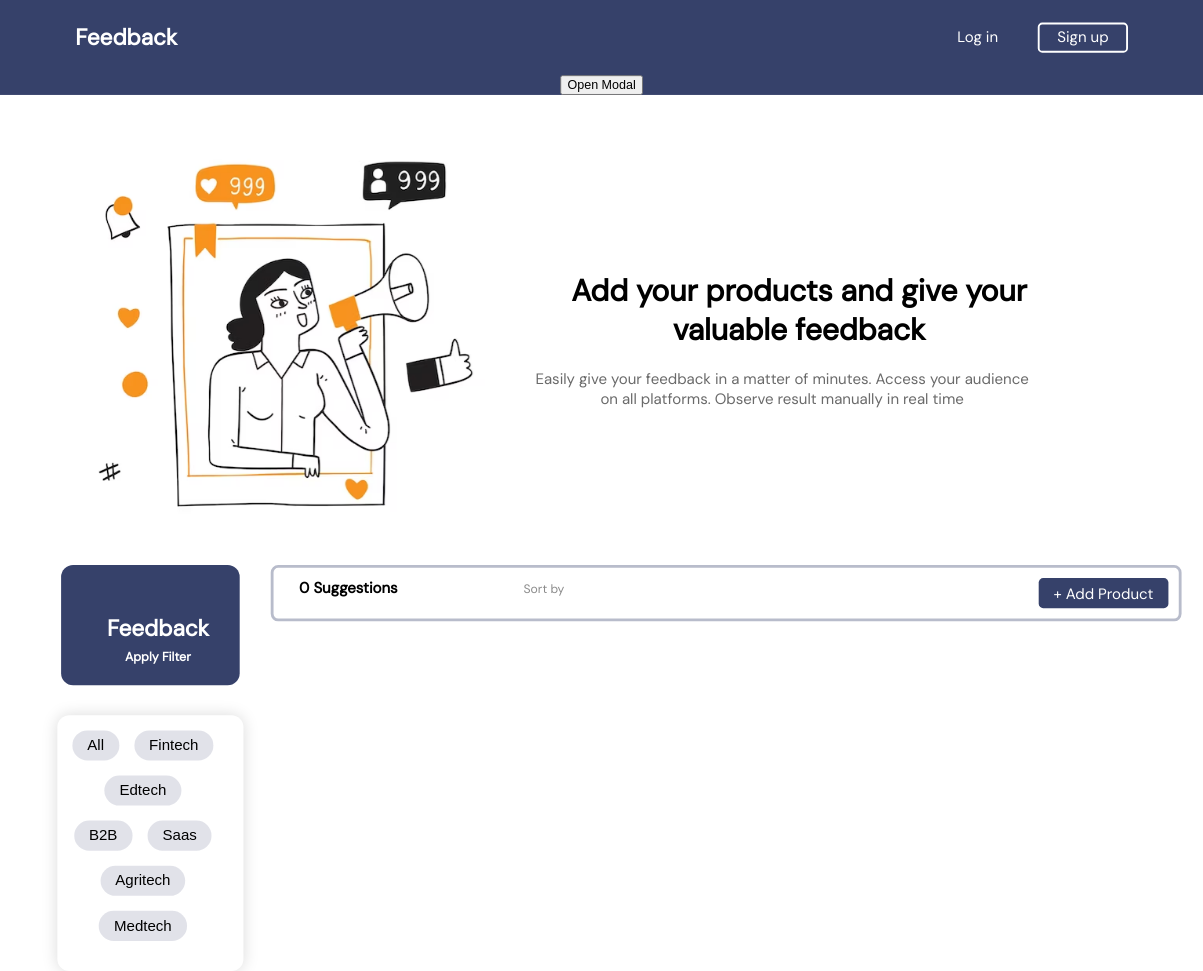
Repository: drumsmanku/final-evaluation-test
Page: / (app in client/)
The author's editor kept a copy of each file at every save. The page is drawn from the files as they stood at one save, then again after the next save.
The browser window is 1280 px wide. The pictures show the whole page, at 94% of full size.
The page's requests for data from a server got no answer. The project was rebuilt for these pictures with package versions that can differ from the ones it lists, and the page was loaded fresh each time. No one was signed in, and anything a server would have sent is missing. Also part of the build but not shown: client/src/CSS/LoginPopUp.css, client/src/CSS/SignUp.css, client/src/Components/SignUp.js, client/src/CSS/Login.css, client/src/Components/Login.js.

Above is the page before, as saved 2023-07-29 22:28:09.

After the next save:
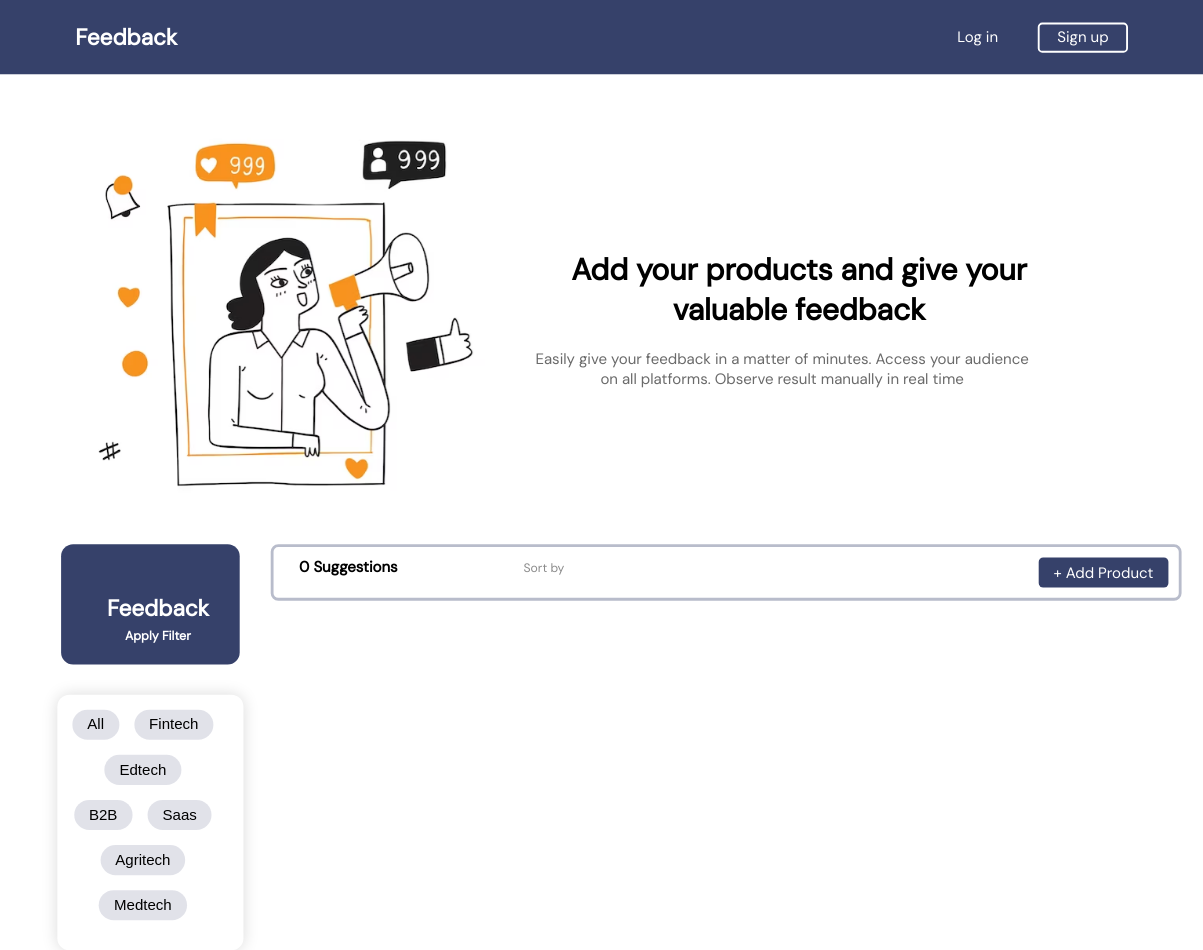
Saved 3 min 45 s later.
--- a/client/src/Components/LoginPopUp.js
+++ b/client/src/Components/LoginPopUp.js
@@ -42,7 +42,7 @@ function LoginPopUp() {
   return (
     <div className="login-popup-container">
       <header className="login-popup-header">
-        <button onClick={() => setShowModal(true)}>Open Modal</button>
+
         {showModal && (
           <div className="modal-login" style={{ display: 'flex', justifyContent: 'center', alignItems: 'center', height: '100vh' }}>
             <div className="modal-login-content">
